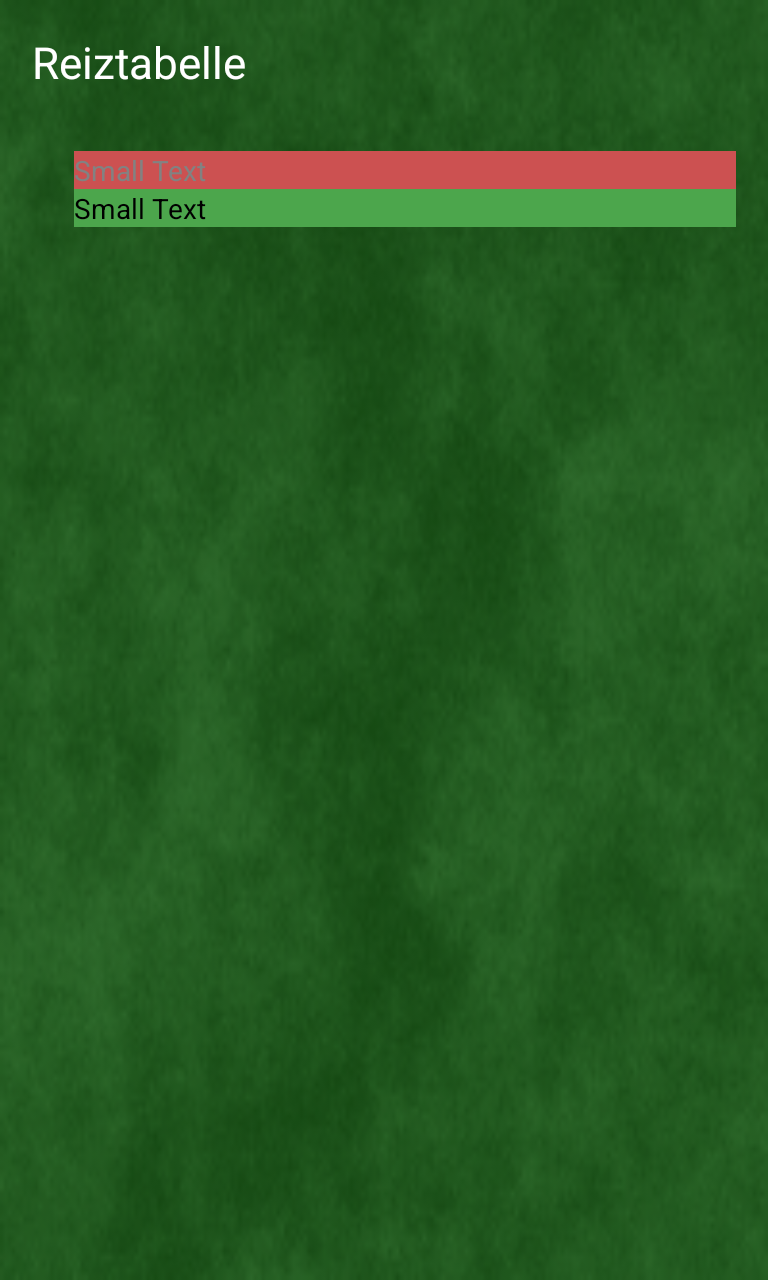
Repository: razinanu/InSy-Skat
Layout: InSy-Skat/res/layout/fragment_result.xml
The author's editor kept a copy of each file at every save. The layout is drawn from the files as they stood at one save, then again after the next save.
It is drawn on a 768 x 1280 px phone screen (xhdpi) without system bars, with theme AppTheme; the app's code is not run.

Above is the layout before, as saved 2014-06-19 18:27:41.

After the next save:
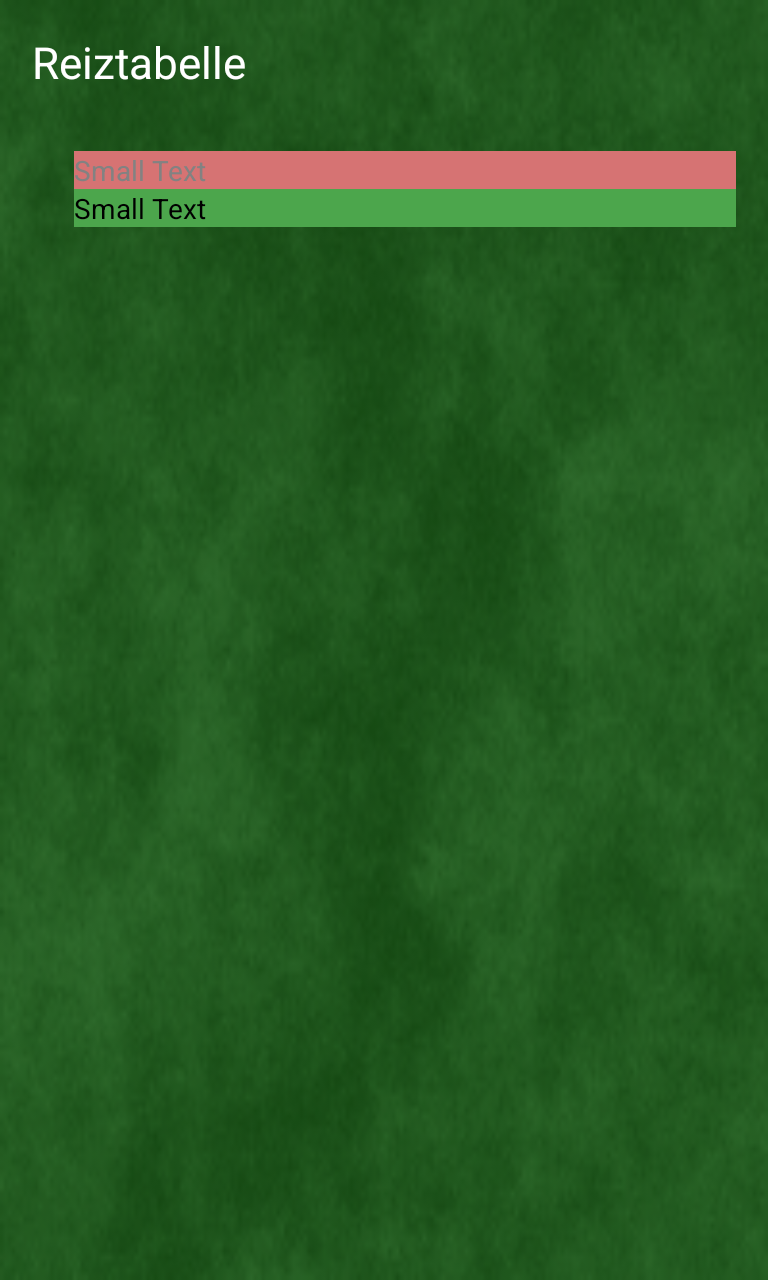
Saved 89 s later.
--- a/InSy-Skat/res/values/color.xml
+++ b/InSy-Skat/res/values/color.xml
@@ -3,5 +3,5 @@
 <color name="textAvailable">#000000</color>
 <color name="textnotAvailable">#828282</color>
 <color name="backgroundAvailable">#4CA64C</color>
-<color name="backgroundnotAvailable">#CC5151</color>
+<color name="backgroundnotAvailable">#D67373</color>
 </resources>

After the save that followed:
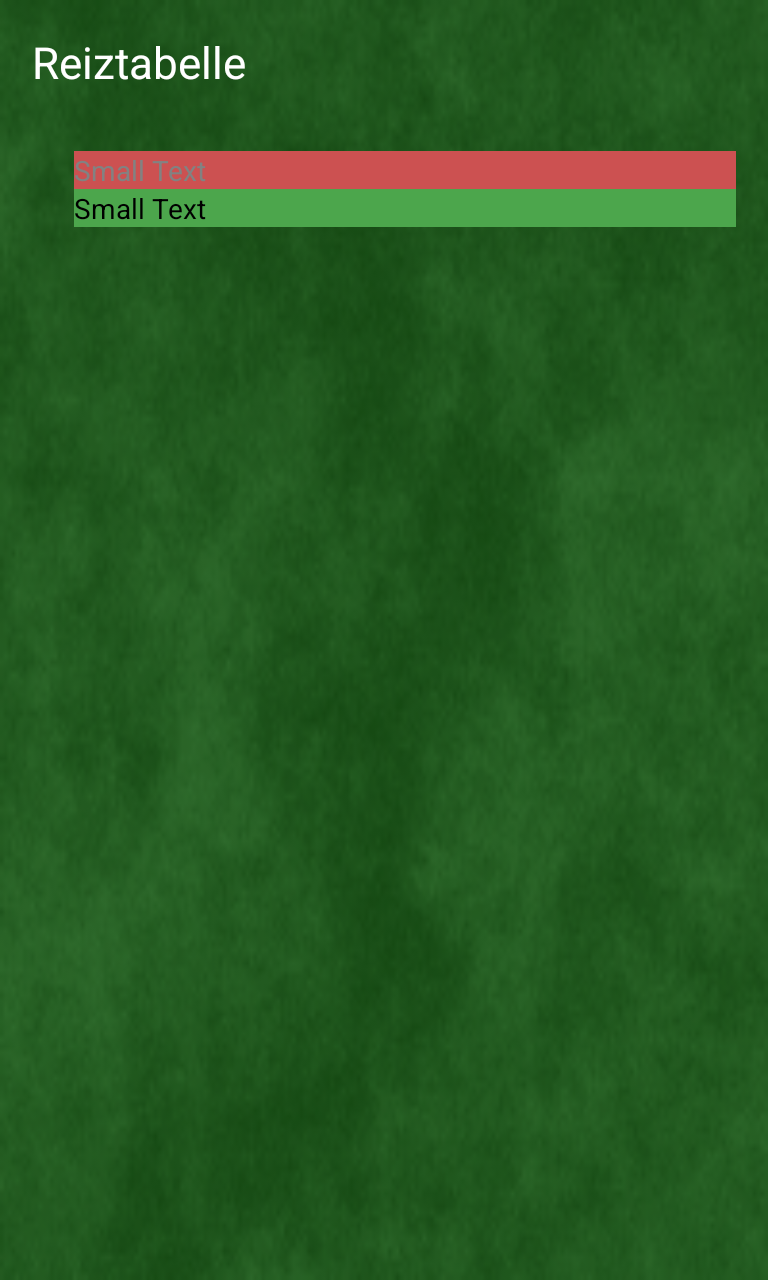
Saved 102 s later.
--- a/InSy-Skat/res/values/color.xml
+++ b/InSy-Skat/res/values/color.xml
@@ -3,5 +3,5 @@
 <color name="textAvailable">#000000</color>
 <color name="textnotAvailable">#828282</color>
 <color name="backgroundAvailable">#4CA64C</color>
-<color name="backgroundnotAvailable">#D67373</color>
+<color name="backgroundnotAvailable">#CC5151</color>
 </resources>
